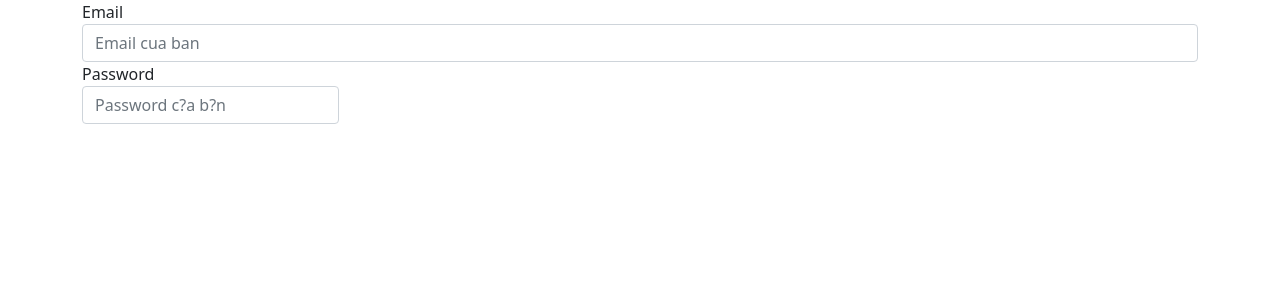
Repository: kiennd3921/AssJava4
Page: http://localhost/Assignment/view/auth/Login.jsp
The author's editor kept a copy of each file at every save. The page is drawn from the files as they stood at one save, then again after the next save.
The browser window is 1280 px wide. The pictures show the whole page.
The page is served by Tomcat 9.

Above is the page before, as saved 2021-04-13 14:35:52.

After the next save:
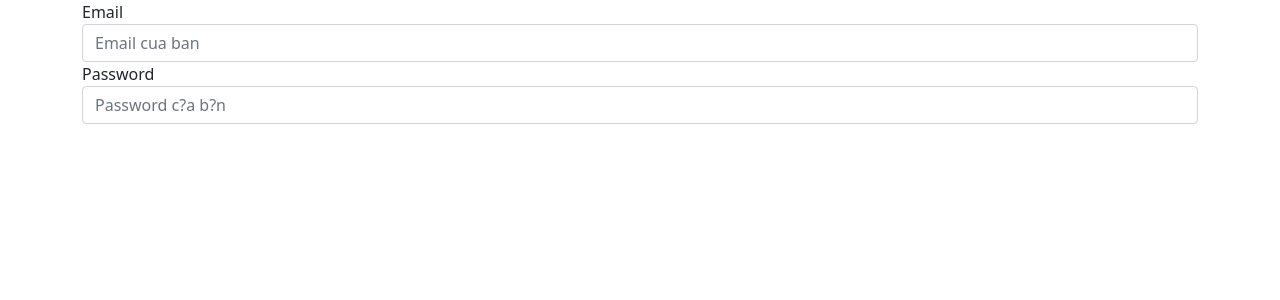
Saved 41 s later.
--- a/PT15307-UD/Assignment/WebContent/view/auth/Login.jsp
+++ b/PT15307-UD/Assignment/WebContent/view/auth/Login.jsp
@@ -21,7 +21,7 @@
 				placeholder="Email cua ban" required name="gerqerhq">
 		</div>
 		<div class="form-group">
-			<label>Password<a></a> <input type="password" class="form-control"
+			<label>Password</label> <input type="password" class="form-control"
 				placeholder="Password của bạn" required name="wtyryqr">
 		</div>
 	</div>
